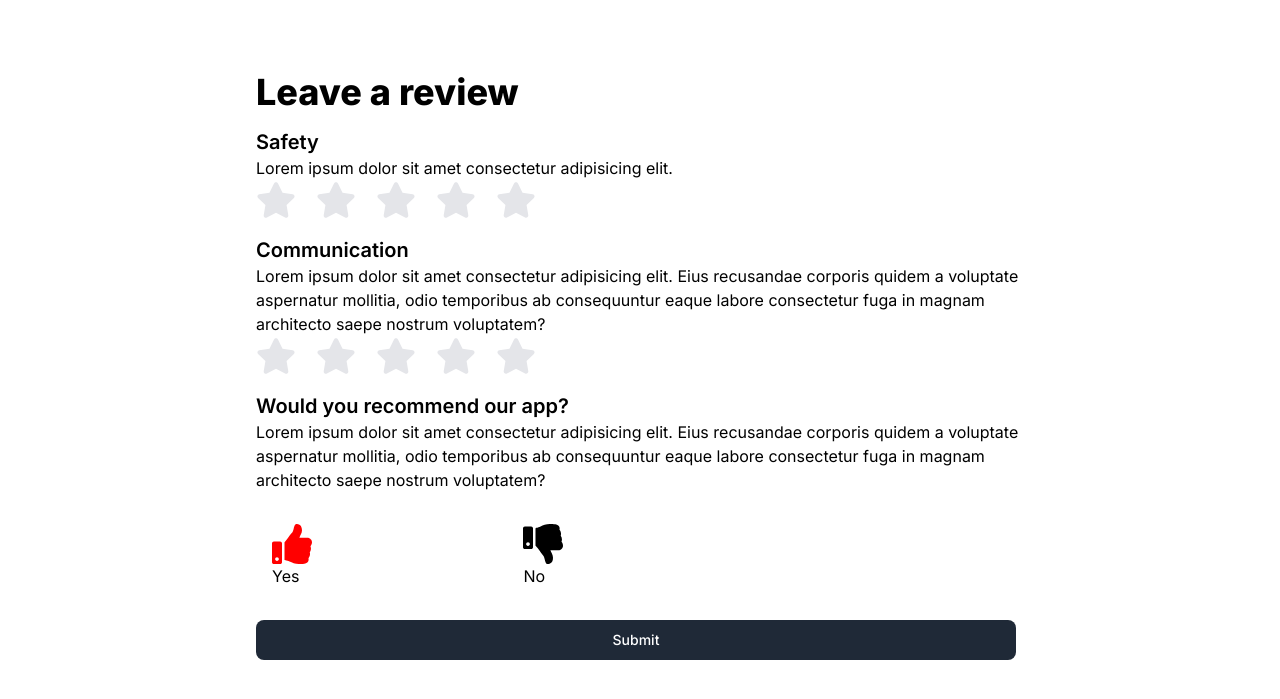
Repository: akankshaajoshi/review-form
Page: /review
An editor plug-in stored every save of this project. The page is shown before and after the next save, followed by the edit.
The browser window is 1280 px wide. The pictures show the whole page.
The project was rebuilt for these pictures with package versions that can differ from the ones it lists, and the page was loaded fresh each time. The framework's server and built-in components were replaced by stand-ins that run in the browser. Also part of the build but not shown: next.config.mjs.

Above is the page before, as saved 2024-05-25 13:33:28.

After the next save:
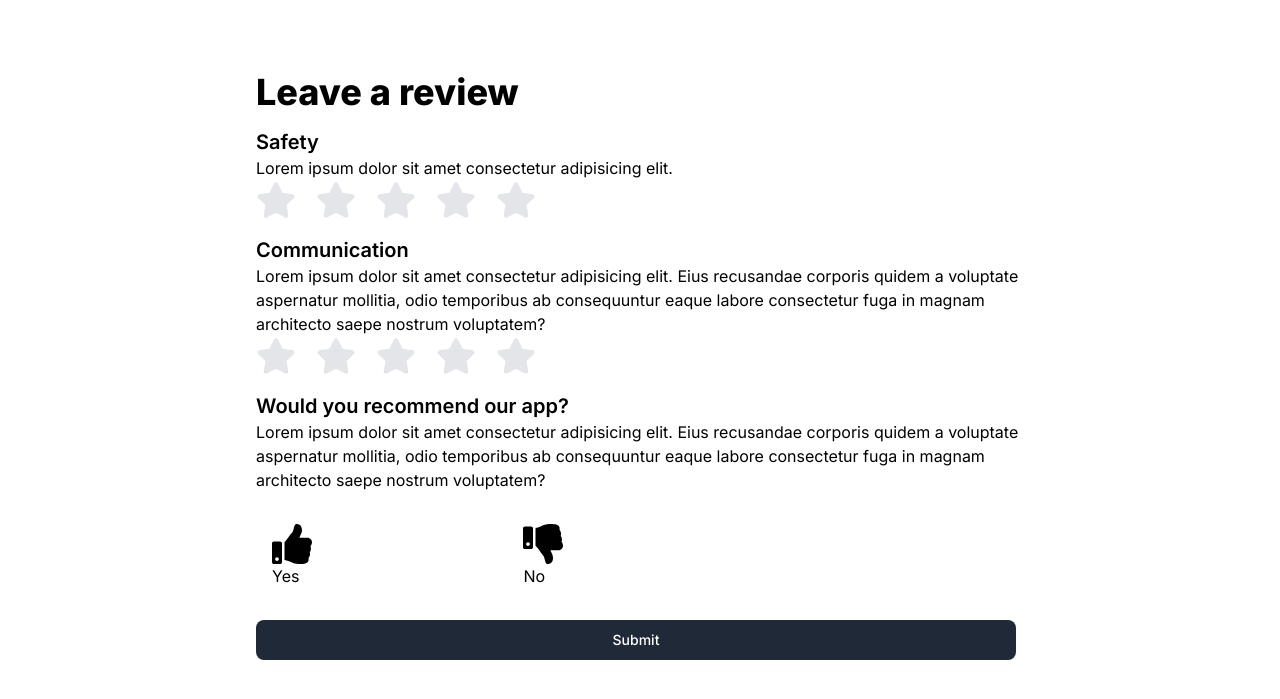
Saved 16 s later.
--- a/app/_components/TrueOrFalse/index.tsx
+++ b/app/_components/TrueOrFalse/index.tsx
@@ -17,7 +17,6 @@ const TrueOrFalse : React.FC<TrueOrFalseProps> = ({name}) =>{
             >
             </input>
             <FaThumbsUp size={40}
-            color={selected==='true'? "#00ff00": "#ff0000"}
             ></FaThumbsUp>
             Yes
           </label>
